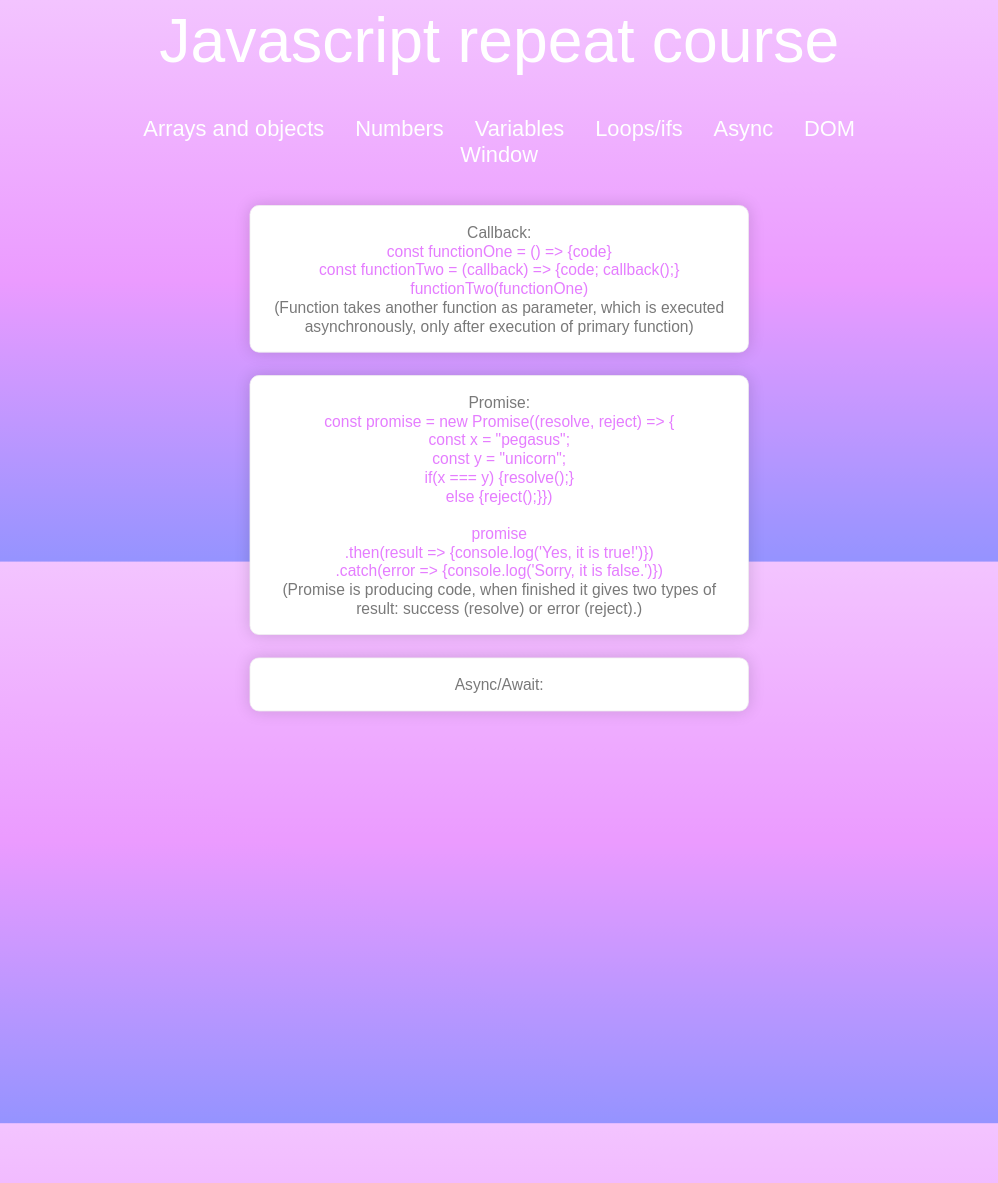
Repository: michalgornicki/javascript
Page: /#/Async
The author's editor kept a copy of each file at every save. The page is drawn from the files as they stood at one save, then again after a run of saves.
The browser window is 1280 px wide. The pictures show the whole page, at 78% of full size.
Backgrounds fixed to the window are drawn as part of the page. The project was rebuilt for these pictures with package versions that can differ from the ones it lists, and the page was loaded fresh each time. Also part of the build but not shown: src/index.css, src/components/arrays.jsx, src/components/variables.jsx, src/components/numbers.jsx, src/components/loops.jsx, src/components/DOM manipulation.jsx, src/components/window.jsx.

Above is the page before, as saved 2022-02-04 13:23:41.

### src/App.jsx
import React from "react";
import "./App.css";
import "bootstrap/dist/css/bootstrap.min.css";
import { Route, HashRouter as Router, Routes, Link } from "react-router-dom";
import Arrays from "./components/arrays.jsx"
import Variables from "./components/variables.jsx"
import Numbers from "./components/numbers.jsx"
import Loops from "./components/loops.jsx"
import Async from "./components/async.jsx"
import DOM from "./components/DOM manipulation.jsx"
import Window from "./components/window.jsx"

function App() {


  return (


    <Router>
    <div className="text-center">
      <div className="display-1 mt-1 mb-5 text-white">Javascript repeat course</div>

      <div className="h3 d-flex w-75 m-auto my-5 justify-content-evenly flex-wrap text-white">

      <Link className="link-style mx-3" to="/">Arrays and objects</Link>
      <Link className="link-style mx-3" to="/Numbers">Numbers</Link>
      <Link className="link-style mx-3" to="/Variables">Variables</Link>
      <Link className="link-style mx-3" to="/Loops">Loops/ifs</Link>
      <Link className="link-style mx-3" to="/Async">Async</Link>
      <Link className="link-style mx-3" to="/DOM">DOM</Link>
      <Link className="link-style mx-3" to="/Window">Window</Link>


      </div>

      <Routes>
          <Route path="/" element={<Arrays />} />
          <Route path="/Numbers" element={<Numbers />} />
          <Route path="/Variables" element={<Variables />} />
          <Route path="/Loops" element={<Loops />} />
          <Route path="/Async" element={<Async />} />
          <Route path="/DOM" element={<DOM />} />
          <Route path="/Window" element={<Window />} />
        </Routes>


    </div>
    </Router>
  );
}

export default App;

### src/App.css
body{
    font-family: Arial, Helvetica, sans-serif!important;
    overflow-x: hidden;
    padding-bottom: 80vh;
    height: auto;
    background: linear-gradient(rgb(243, 196, 255), rgb(235, 155, 255), rgb(149, 147, 255));
    background-attachment: fixed;
}

.js-item{
    color:rgb(121, 121, 121);
    background-color: white;
    transition: 0.2s;
    padding: 3vh;
    margin-bottom: 4vh!important;
    border: 1px solid rgb(240, 240, 240);
    width: 50%;
    margin-left: auto;
    margin-right: auto;
    box-shadow: 0px 0px 20px rgba(0, 0, 0, 0.15);
    border-radius: 0.75rem;
}

.js-item:hover{
    cursor: pointer;
    background-color: rgb(240, 240, 240);
}

.text-pink{
    color:rgb(229, 125, 255)!important;
}

.link-style{
    color: inherit;
    text-decoration: inherit;
}

.link-style:hover{
    color: rgb(229, 125, 255);
}

@media only screen and (max-device-width: 600px), (max-width: 600px) {

    .js-item{
        width: 95%;
    }

}

### src/components/async.jsx
const Async = () => {

  return (
    <div className="">
      <div className="js-item h5">
        {" "}
        <span className="">Callback: </span> <br />
        <span className="text-pink">{`const functionOne = () => {code}`}</span> <br />
        <span className="text-pink">{`const functionTwo = (callback) => {code; callback();}`}</span> <br />
        <span className="text-pink">{`functionTwo(functionOne)`}</span> <br /> (Function takes another function as parameter, which is executed asynchronously, only after execution of primary function)
      </div>
      <div className="js-item h5">
        {" "}
        <span className="">Promise: </span> <br />
        <span className="text-pink">{`const promise = new Promise((resolve, reject) => {`}</span> <br />
        <span className="text-pink">{`const x = "pegasus";`}</span> <br />
        <span className="text-pink">{`const y = "unicorn";`}</span> <br />
        <span className="text-pink">{` if(x === y) {resolve();}`}</span> <br />
        <span className="text-pink">{` else {reject();}})`}</span> <br /> <br />
        <span className="text-pink">{`promise`}</span> <br />
        <span className="text-pink">{`.then(result => {console.log('Yes, it is true!')})`}</span> <br />
        <span className="text-pink">{`.catch(error => {console.log('Sorry, it is false.')})`}</span> <br />
        (Promise is producing code, when finished it gives two types of result: success (resolve) or error (reject).)
      </div>
      <div className="js-item h5">
        {" "}
        <span className="">Async/Await: </span> <br />
      </div>
    </div>
  );
};

export default Async;

Loaded but not shown: public/index.html (common file); src/index.js (common file); src/reportWebVitals.js (common file)

After the next 2 saves:
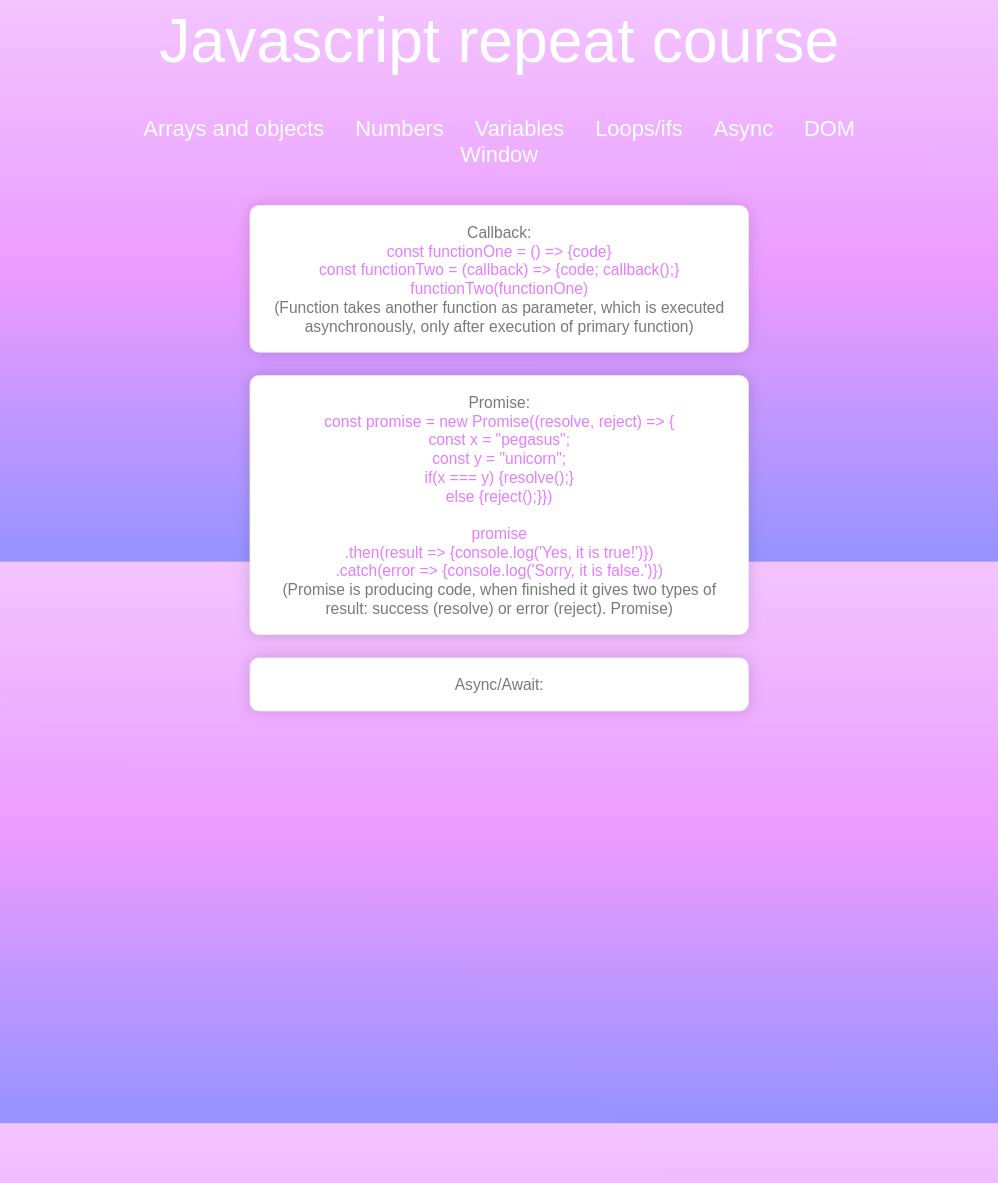
The 2 saves are shown as one change because they came seconds apart.
The last was saved 8 s later.
--- a/src/components/async.jsx
+++ b/src/components/async.jsx
@@ -20,7 +20,7 @@ const Async = () => {
         <span className="text-pink">{`promise`}</span> <br />
         <span className="text-pink">{`.then(result => {console.log('Yes, it is true!')})`}</span> <br />
         <span className="text-pink">{`.catch(error => {console.log('Sorry, it is false.')})`}</span> <br />
-        (Promise is producing code, when finished it gives two types of result: success (resolve) or error (reject).)
+        (Promise is producing code, when finished it gives two types of result: success (resolve) or error (reject). Promise)
       </div>
       <div className="js-item h5">
         {" "}
